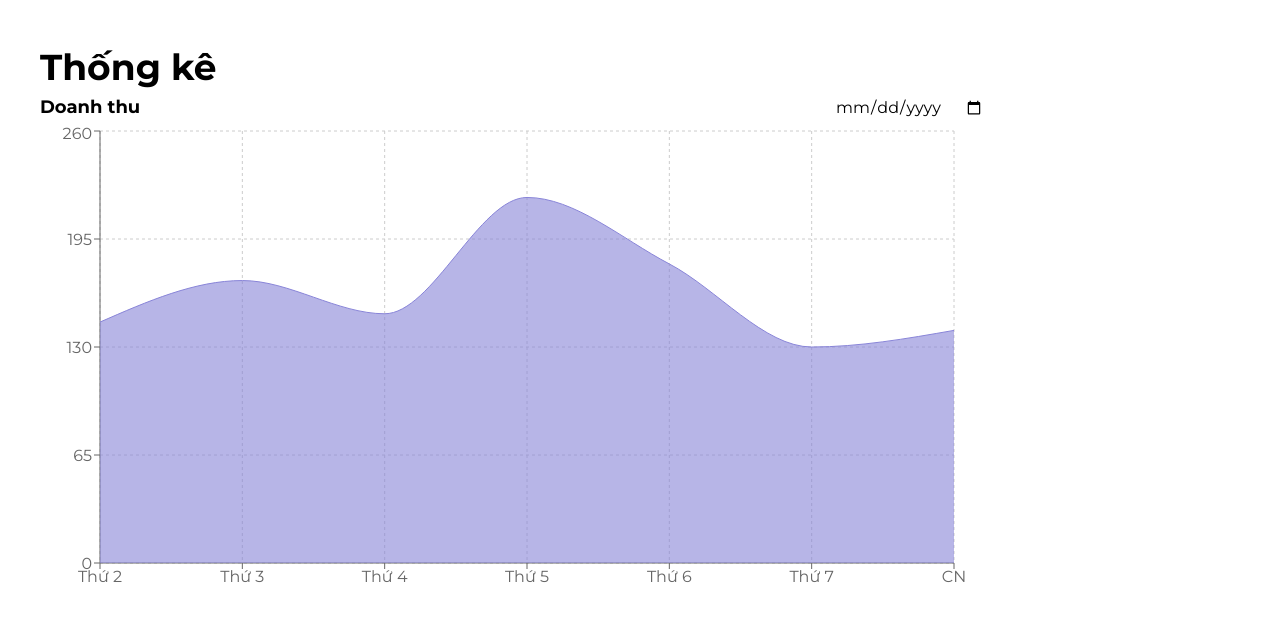
Repository: iphoneboy46/AltaMediaCMS
Page: /
These files come from the project's save history. The page is drawn as it stood at one moment and after the next save; the edit follows.
The browser window is 1280 px wide. The pictures show the whole page.
Some web libraries are served in a nearby version. The project was rebuilt for these pictures with package versions that can differ from the ones it lists, and the page was loaded fresh each time.

Above is the page before, as saved 2023-03-26 22:17:14.

After the next save:
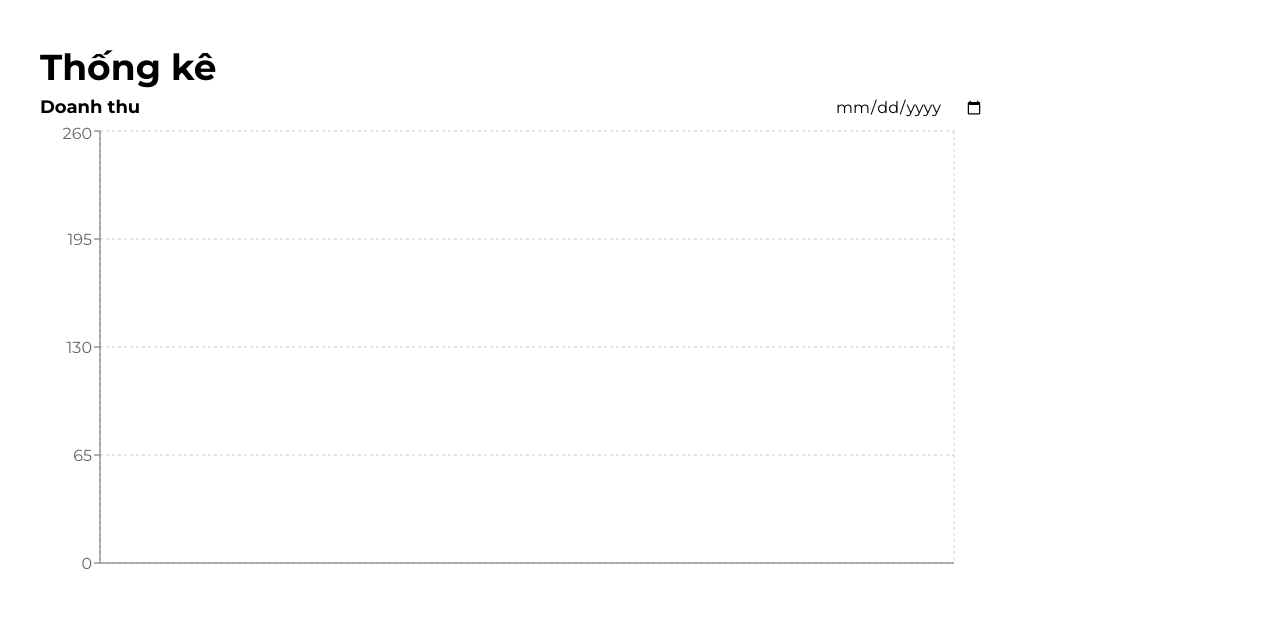
Saved 27 s later.
--- a/src/components/Charts/Charts.tsx
+++ b/src/components/Charts/Charts.tsx
@@ -64,8 +64,8 @@
           }}
         >
           <CartesianGrid strokeDasharray="3 3" />
-          <XAxis  domain={[140, 200]}   dataKey="name" />
-          <YAxis dataKey="label" type="number" domain={[0 + 140, 260]} />
+          <XAxis  domain={[140, 260]} type="number"   dataKey="name" />
+          <YAxis dataKey="label" type="number" domain={[140, 260]} />
           <Tooltip />
           <Area
             type="monotone"

After the save that followed:
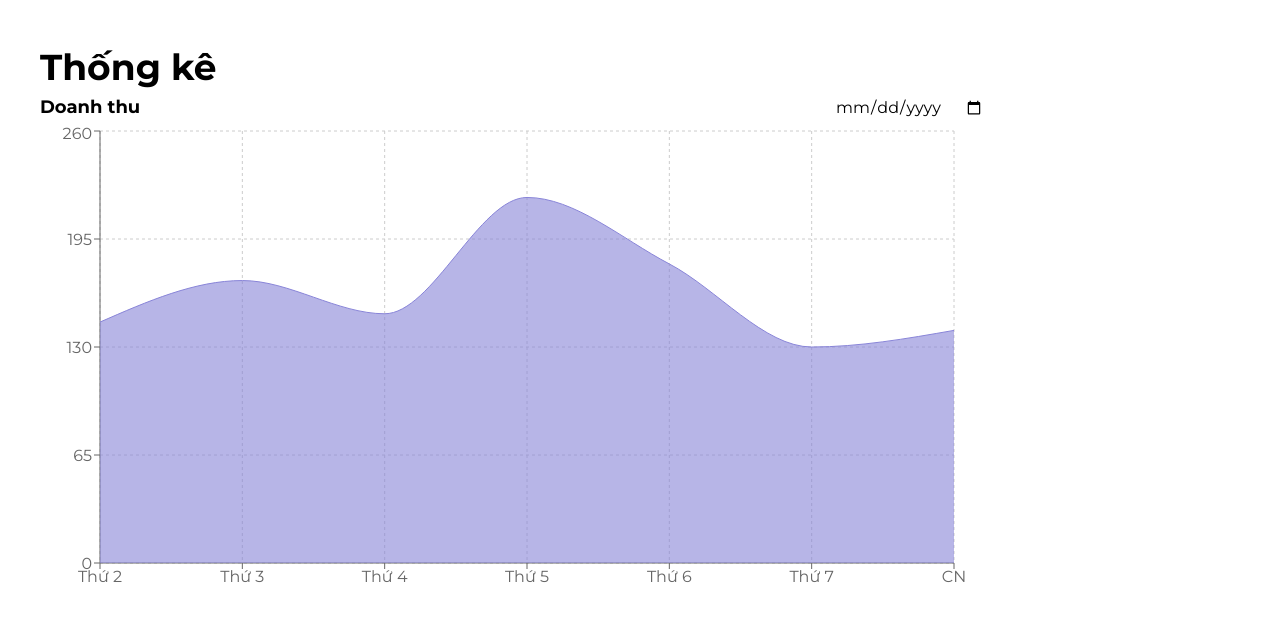
Saved 8 s later.
--- a/src/components/Charts/Charts.tsx
+++ b/src/components/Charts/Charts.tsx
@@ -64,7 +64,7 @@
           }}
         >
           <CartesianGrid strokeDasharray="3 3" />
-          <XAxis  domain={[140, 260]} type="number"   dataKey="name" />
+          <XAxis   dataKey="name" />
           <YAxis dataKey="label" type="number" domain={[140, 260]} />
           <Tooltip />
           <Area
